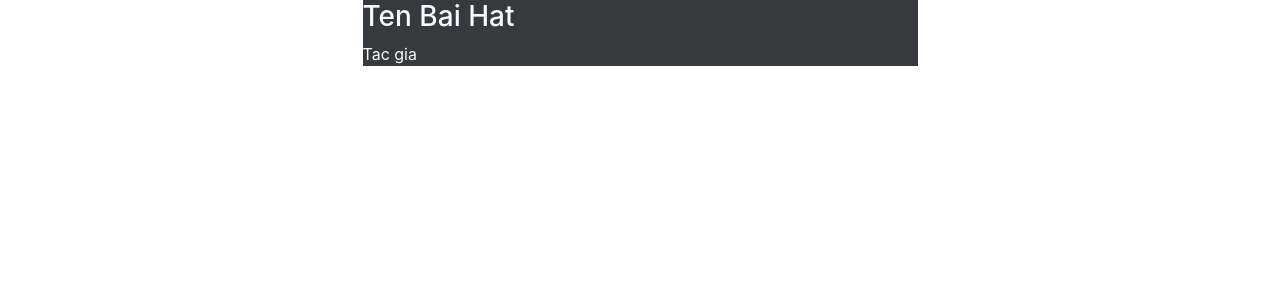
Repository: dovanthao2404/AppMusicHoHo
Page: app.html
The author's editor kept a copy of each file at every save. The page is drawn from the files as they stood at one save, then again after a run of saves.
The browser window is 1280 px wide. The pictures show the whole page.

Above is the page before, as saved 2021-08-05 08:55:19.
Console error: TypeError: Cannot read properties of null (reading 'addEventListener')

After the next 2 saves:
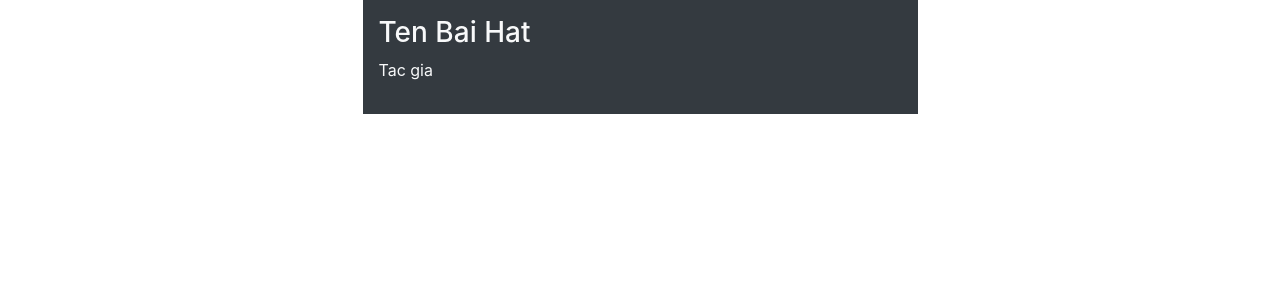
The 2 saves are shown as one change because they came seconds apart.
The last was saved 13 s later.
--- a/app.html
+++ b/app.html
@@ -15,7 +15,7 @@
 
   <div class="container">
     <div class="w-50 mx-auto bg-dark text-light">
-      <div id="app p-3">
+      <div id="app" class="p-3">
         <div class="header">
           <h3>Ten Bai Hat</h3>
           <p>Tac gia</p>
